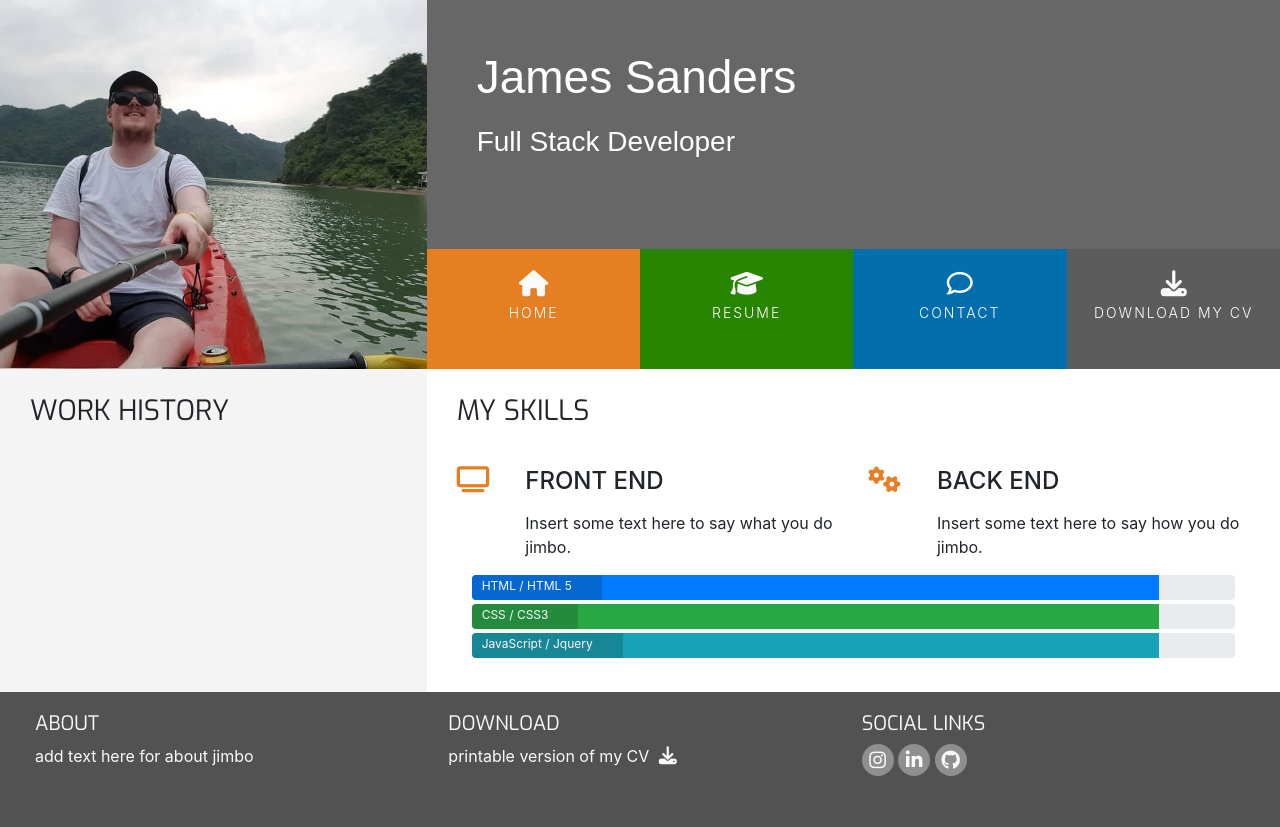
Repository: JaySanders95/my-online-resume
Page: resume.html
An editor plug-in stored every save of this project. The page is shown before and after the next save, followed by the edit.
The browser window is 1280 px wide. The pictures show the whole page.
Some web fonts or font styles are not loaded; a fallback is used. Some web libraries are served in a nearby version.

Above is the page before, as saved 2023-04-19 22:01:00.

After the next save:
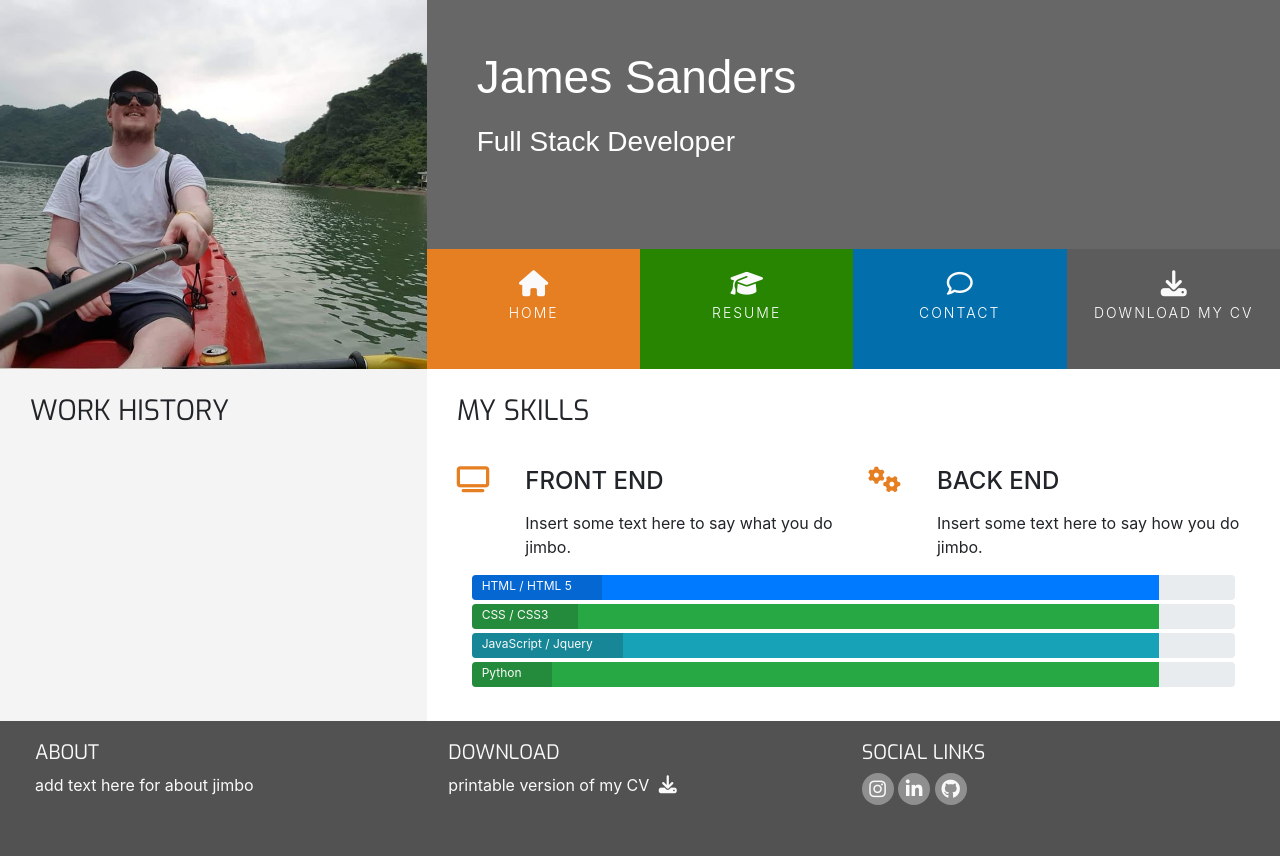
Saved 31 s later.
--- a/resume.html
+++ b/resume.html
@@ -114,6 +114,13 @@
                         </div>
                         <span class="progress-type">JavaScript / Jquery</span>
                     </div>
+                    <div class="progress">
+                        <div class="progress-bar bg-success" role="progressbar" #
+                        aria-valuenow="70" aria-valuemin="0" aria-valuemax="100" style="width:90%">
+                        <span class="sr-only"> 70% complete</span>
+                        </div>
+                        <span class="progress-type">Python</span>
+                    </div>
                 </div>
             </div>
         </div>
